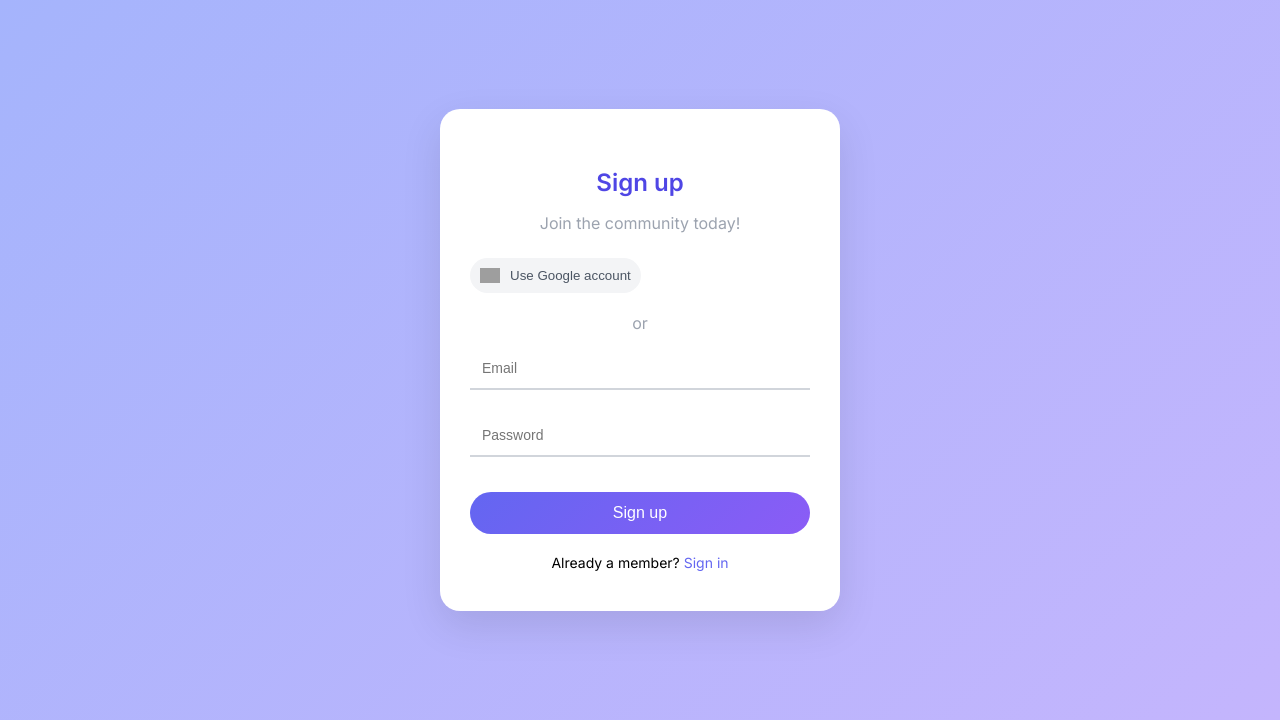
Repository: Rupeswarbhainsa777/Food-Web-App
Page: TapFoodApp/src/main/webapp/test2.html
These files come from the project's save history. The page is drawn as it stood at one moment and after the next save; the edit follows.
The browser window is 1280 px wide. The pictures show the whole page.
Pictures or frames that could not be fetched are drawn as grey boxes.

Above is the page before, as saved 2025-05-03 09:13:14.

### TapFoodApp/src/main/webapp/test2.html
<!DOCTYPE html>
<html lang="en">
<head>
  <meta charset="UTF-8" />
  <meta name="viewport" content="width=device-width, initial-scale=1.0"/>
  <title>Sign Up</title>
  <link href="https://fonts.googleapis.com/css2?family=Inter:wght@400;600&display=swap" rel="stylesheet">
  <style>
    * {
      box-sizing: border-box;
    }

    body {
      margin: 0;
      font-family: 'Inter', sans-serif;
      background: linear-gradient(135deg, #a5b4fc, #c4b5fd);
      height: 100vh;
      display: flex;
      justify-content: center;
      align-items: center;
    }

    .signup-container {
      background: white;
      border-radius: 20px;
      padding: 40px 30px;
      width: 100%;
      max-width: 400px;
      box-shadow: 0 15px 40px rgba(0, 0, 0, 0.1);
      text-align: center;
    }

    h2 {
      color: #4f46e5;
      margin-bottom: 5px;
    }

    p {
      color: #9ca3af;
      margin-bottom: 25px;
    }

    .google-button {
      display: flex;
      align-items: center;
      justify-content: center;
      border: none;
      background: #f3f4f6;
      color: #4b5563;
      border-radius: 30px;
      padding: 10px;
      font-weight: 500;
      margin-bottom: 20px;
      cursor: pointer;
    }

    .google-button img {
      width: 20px;
      margin-right: 10px;
    }

    .or {
      margin: 15px 0;
      color: #9ca3af;
    }

    input {
      width: 100%;
      padding: 12px;
      border: none;
      border-bottom: 2px solid #d1d5db;
      margin-bottom: 25px;
      font-size: 14px;
      outline: none;
      background: transparent;
    }

    .signup-btn {
      width: 100%;
      background: linear-gradient(135deg, #6366f1, #8b5cf6);
      color: white;
      border: none;
      border-radius: 25px;
      padding: 12px;
      font-size: 16px;
      cursor: pointer;
      margin-top: 10px;
    }

    .login-link {
      margin-top: 20px;
      font-size: 14px;
    }

    .login-link a {
      color: #6366f1;
      text-decoration: none;
    }
  </style>
</head>
<body>
  <div class="signup-container">
    <h2>Sign up</h2>
    <p>Join the community today!</p>

    <button class="google-button">
      <img src="https://img.icons8.com/color/24/google-logo.png" alt="Google Icon" />
      Use Google account
    </button>

    <div class="or">or</div>

    <form>
      <input type="email" placeholder="Email" required />
      <input type="password" placeholder="Password" required />
      <button class="signup-btn" type="submit">Sign up</button>
    </form>

    <div class="login-link">
      Already a member? <a href="#">Sign in</a>
    </div>
  </div>
</body>
</html>

After the next save:
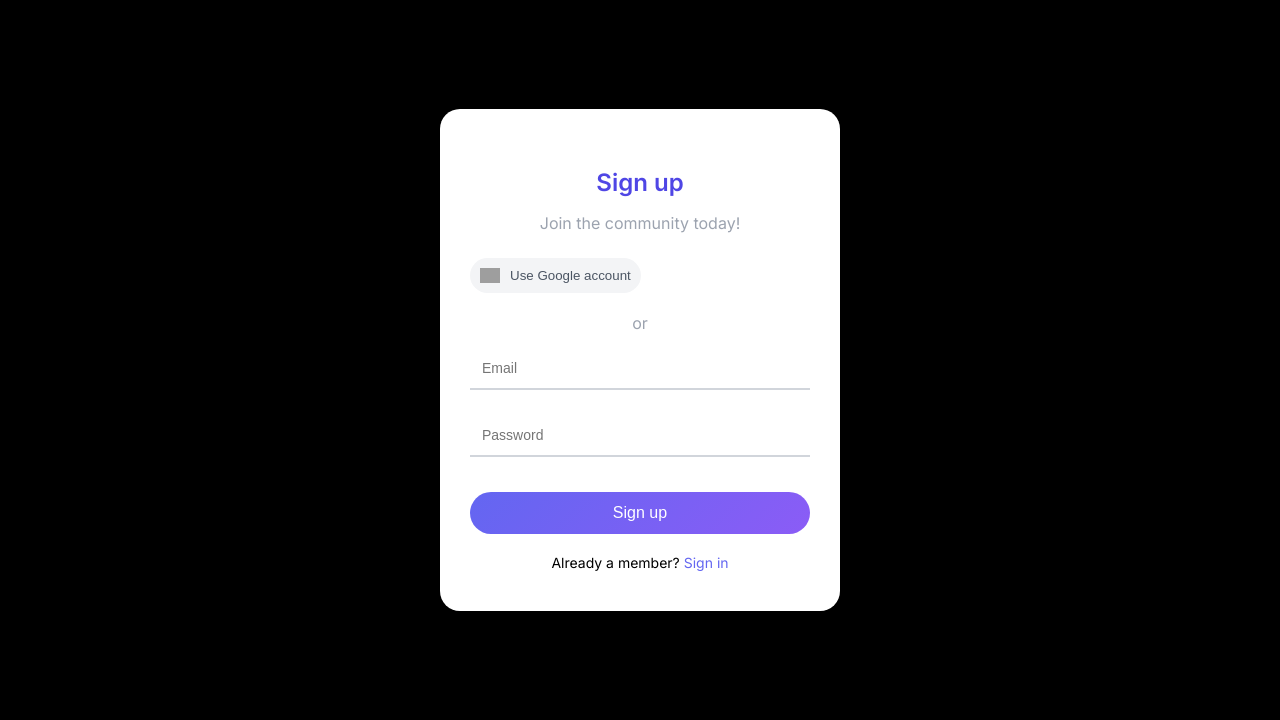
Saved 30 s later.
--- a/TapFoodApp/src/main/webapp/test2.html
+++ b/TapFoodApp/src/main/webapp/test2.html
@@ -13,7 +13,7 @@
     body {
       margin: 0;
       font-family: 'Inter', sans-serif;
-      background: linear-gradient(135deg, #a5b4fc, #c4b5fd);
+      background: #000000;
       height: 100vh;
       display: flex;
       justify-content: center;
